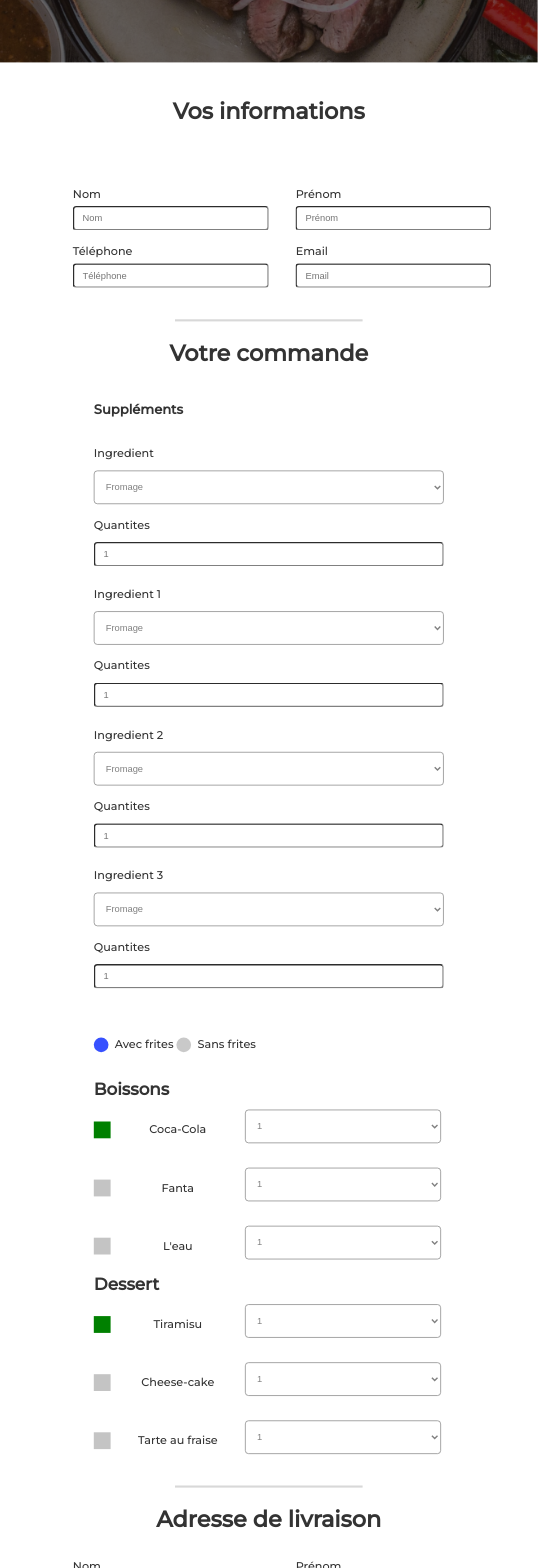
Repository: sisilass31/bella-olonje
Page: html/commande.html
The author's editor kept a copy of each file at every save. The page is drawn from the files as they stood at one save, then again after the next save.
The browser window is 768 px wide. The pictures show the part of the page from y = 733 to 2973 px (the page is 3453 px tall before and 3433 px after), at 70% of full size.
Some web libraries are served in a nearby version.

Above is the page before, as saved 2023-02-15 09:25:00.

After the next save:
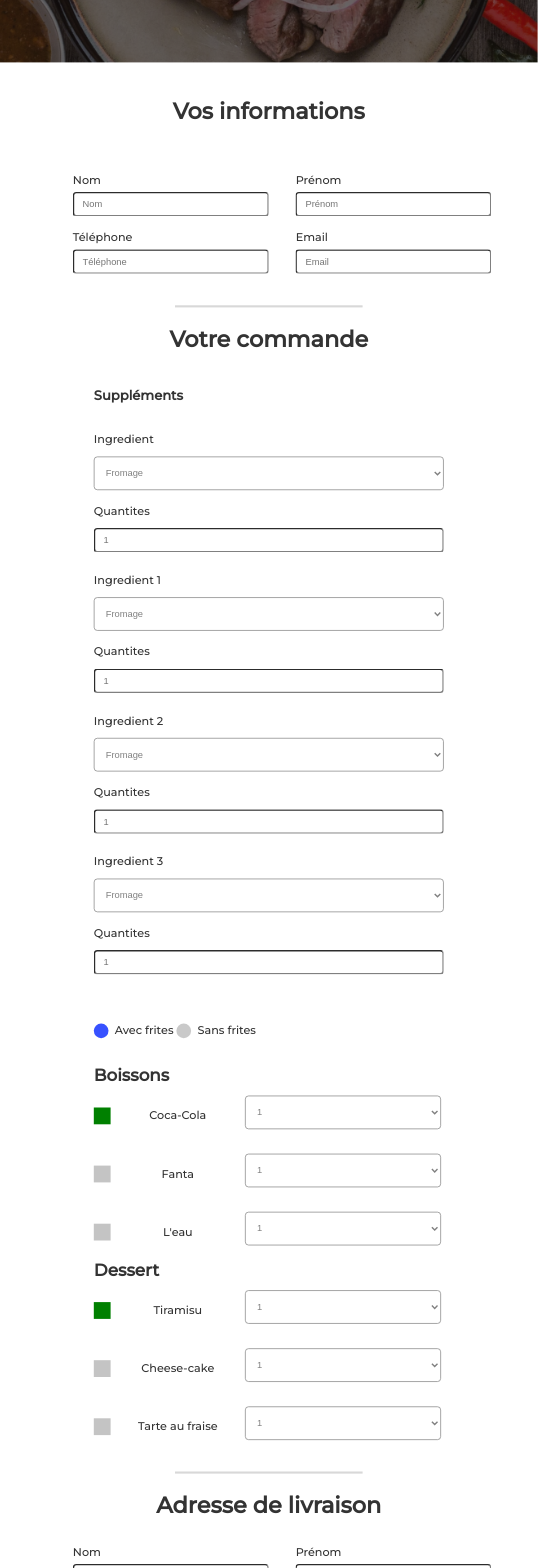
Saved 68 s later.
--- a/css/commande.css
+++ b/css/commande.css
@@ -540,6 +540,13 @@ button {
     .box input {
         width: 500px;
     }
+    .infos h1 {
+        padding: 50px;
+        }
+        }
+        .infos h1 {
+        padding-bottom: 30px;
+        }
 }
 
 /* Ipad et Mini Ordi */
